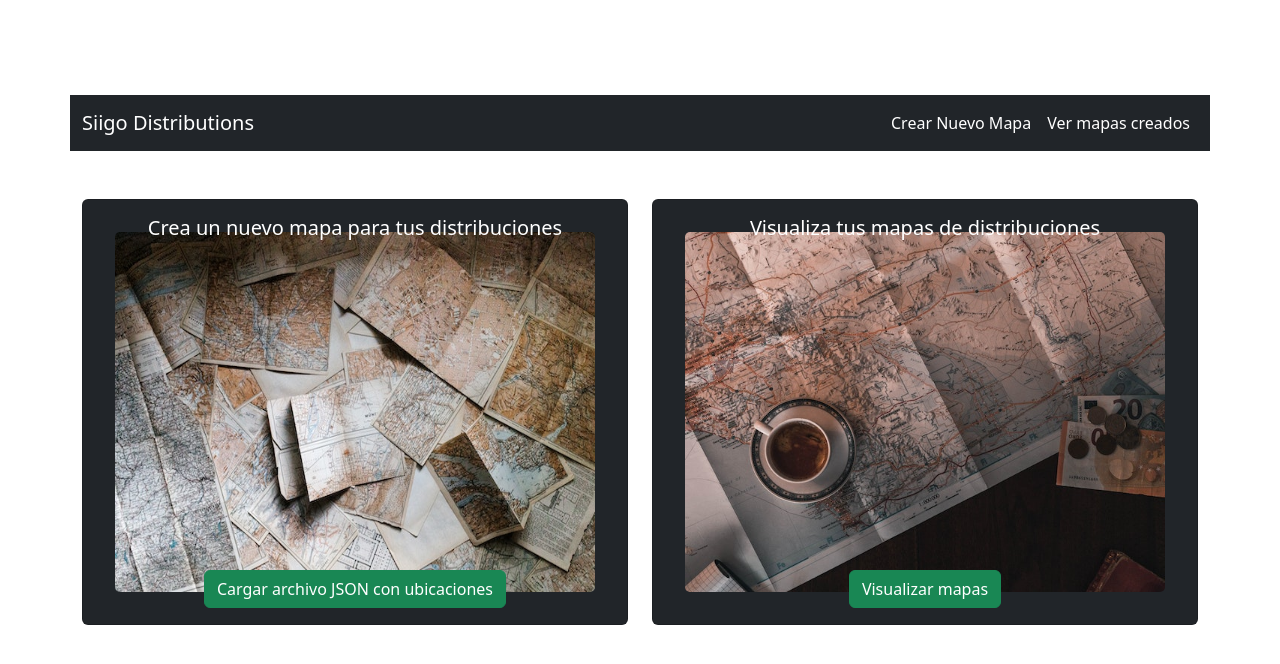
Repository: DevArthuro/Siigo-Distributions
Page: / (app in frontend/)
An editor plug-in stored every save of this project. The page is shown before and after the next save, followed by the edit.
The browser window is 1280 px wide. The pictures show the whole page.
The project was rebuilt for these pictures with package versions that can differ from the ones it lists, and the page was loaded fresh each time. Also part of the build but not shown: frontend/vite.config.js, frontend/src/stores/useGraphSpeccifictMap.js, frontend/src/components/TableToManageMap.vue, frontend/src/views/WhatchSpecifictMap.vue.

Above is the page before, as saved 2023-09-27 08:45:33.

### frontend/src/main.js
import { createApp } from 'vue'
import './style.css'
import App from './App.vue'

// Manage to routes
import routes from './routes'

// Import libraries to bootstrap in the folder node_modules
import 'bootstrap/dist/css/bootstrap.min.css'
import 'bootstrap/dist/js/bootstrap.bundle'

// Manage central for components
import {createPinia} from 'pinia'
import persistence from 'pinia-plugin-persistence'

const pinia = createPinia()

pinia.use(persistence)

const app = createApp(App)
app.use(pinia)
app.use(routes)

app.mount('#app')

### frontend/src/App.vue
<template>
    <router-view/>
</template>

### frontend/src/routes/index.js
import {createRouter, createWebHistory} from 'vue-router';
import dashboard from '../views/DashBoard.vue';
import wathchMaps from '../views/WhatchSpecifictMap.vue'

const routes = [
    {
        path: '/',
        name: 'DashBoard',
        component: dashboard
    },
    {
        path: '/ver-mapas/',
        name: 'Watch-Maps',
        component: wathchMaps
    }
];

const router = createRouter({
    history: createWebHistory(),
    routes
});

export default router;

### frontend/src/views/DashBoard.vue
<template>
    <navbar/>
    <div class="container mt-5">
        <div class="row">
            <CardCreateMap/>
            <CardWatchMap/>
        </div>
    </div>
</template>

<script setup>

import navbar from '../components/Navbar.vue'
import CardCreateMap from '../components/CardToCreateMap.vue'
import CardWatchMap from '../components/CardToShowMaps.vue'
</script>

### frontend/src/components/Navbar.vue
<template>
    <nav class="navbar navbar-expand-lg navbar-dark bg-dark">
        <div class="container-fluid">
          <router-link class="navbar-brand" :to="backViewDashBoard">Siigo Distributions</router-link>
          <button class="navbar-toggler" type="button" data-bs-toggle="collapse" data-bs-target="#navbarNavAltMarkup" aria-controls="navbarNavAltMarkup" aria-expanded="false" aria-label="Toggle navigation">
            <span class="navbar-toggler-icon"></span>
          </button>
          <div class="collapse navbar-collapse justify-content-end" id="navbarNavAltMarkup">
            <div class="navbar-nav">
              <a class="nav-link active" aria-current="page" href="#">Crear Nuevo Mapa</a>
              <router-link class="nav-link active" aria-current="page" :to="nextViewWatchMaps">Ver mapas creados</router-link>
            </div>
          </div>
        </div>
      </nav>
</template>

<script setup>

import {useRouter} from 'vue-router'

const router = useRouter()

const nextViewWatchMaps = {
  name: 'Watch-Maps'
}

const backViewDashBoard = {
  name: 'DashBoard'
}

</script>

### frontend/src/components/CardToCreateMap.vue
<template>
    <div class="col-6">
        <div class="card bg-dark text-white">
            <img src="create_to_map.jpg" class="card-img" alt="create_to_map" height="360"/>
            <div class="card-img-overlay d-flex flex-column">
                <h5 class="card-title">Crea un nuevo mapa para tus distribuciones</h5>
                <div class="mt-auto">
                    <button class="btn btn-success">Cargar archivo JSON con ubicaciones</button>
                </div>
            </div>
        </div>
    </div>

</template>

### frontend/src/components/CardToShowMaps.vue
<template>
    <div class="col-6">
        <div class="card bg-dark text-white">
            <img src="watch_to_map.jpg" class="card-img" alt="watch_to_map" height="360"/>
            <div class="card-img-overlay d-flex flex-column">
              <h5 class="card-title">Visualiza tus mapas de distribuciones</h5>
              <div class="mt-auto">
                <button class="btn btn-success">Visualizar mapas</button>
              </div>
            </div>
          </div>
    </div>
</template>

Loaded but not shown: frontend/index.html (common file); frontend/src/style.css (common file)

After the next save:
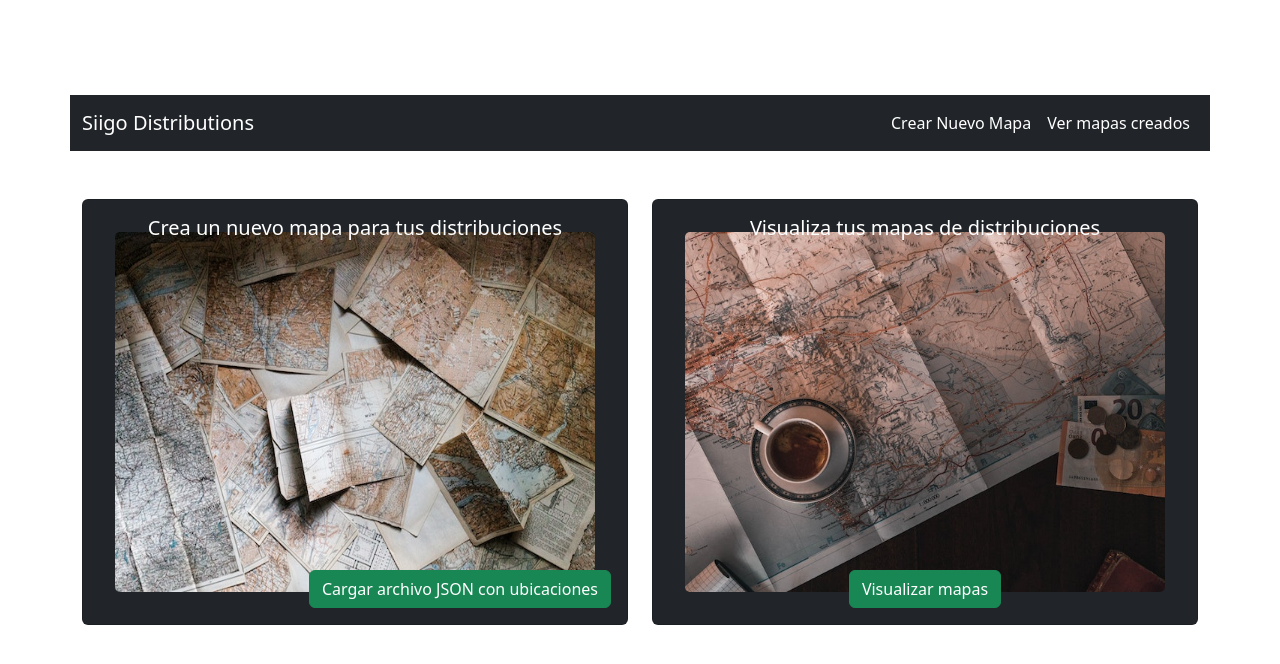
Saved 36 s later.
--- a/frontend/src/components/CardToCreateMap.vue
+++ b/frontend/src/components/CardToCreateMap.vue
@@ -4,7 +4,7 @@
             <img src="create_to_map.jpg" class="card-img" alt="create_to_map" height="360"/>
             <div class="card-img-overlay d-flex flex-column">
                 <h5 class="card-title">Crea un nuevo mapa para tus distribuciones</h5>
-                <div class="mt-auto">
+                <div class="mt-auto text-end">
                     <button class="btn btn-success">Cargar archivo JSON con ubicaciones</button>
                 </div>
             </div>
